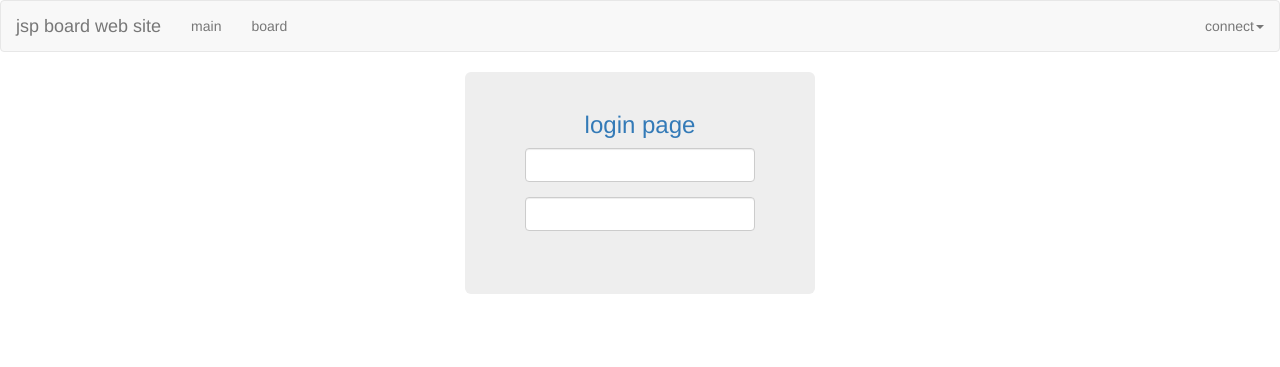
Repository: dudgh9661/JSP
Page: http://localhost/board/join.jsp
An editor plug-in stored every save of this project. The page is shown before and after the next save, followed by the edit.
The browser window is 1280 px wide. The pictures show the whole page.
Some web libraries are served in a nearby version. The page is served by Tomcat 9.

Above is the page before, as saved 2020-08-05 06:17:22.

After the next save:
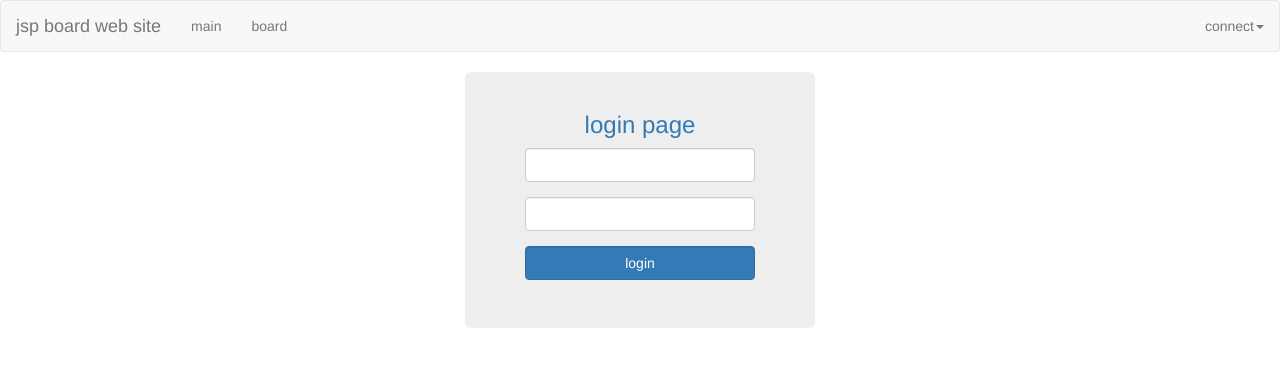
Saved 67 s later.
--- a/board/WebContent/join.jsp
+++ b/board/WebContent/join.jsp
@@ -52,6 +52,7 @@
 					<div class="form-group">
 						<input type="password" class="form-control" placegholder="password" name="userPassword" maxlength="20">
 					</div>
+					<input type="submit" class="btn btn-primary form-control" value="login">
 				</form>
 			</a></div>
 		</div>
